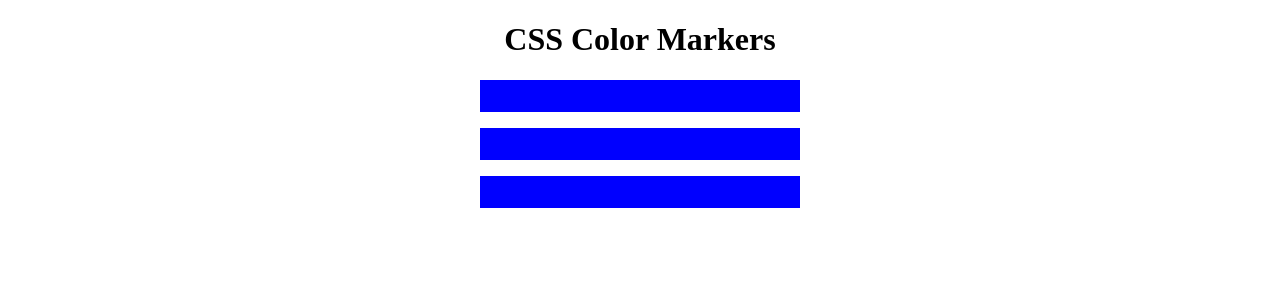
Repository: Lungdjos/color_markers
Page: index.html
An editor plug-in stored every save of this project. The page is shown before and after the next save, followed by the edit.
The browser window is 1280 px wide. The pictures show the whole page.

Above is the page before, as saved 2023-09-13 11:02:12.

### index.html
<!DOCTYPE html>
<html lang="en">

<head>
    <meta charset="UTF-8">
    <meta name="viewport" content="width=device-width, initial-scale=1.0">
    <title>Colored Markers</title>
    <link rel="stylesheet" href="styles.css">
</head>

<body>
    <h1>CSS Color Markers</h1>
    <div class="container">
        <div class="marker one"></div>
        <div class="marker two"></div>
        <div class="marker three"></div>
        <div class="marker four"></div>
    </div>
</body>

</html>

### styles.css
/* STYLING */

h1 {
    text-align: center;
}

.marker {
    /* background-color: red; */
    width: 320px;
    height: 32px;
    margin: 16px auto;
}

.one {
    background-color: blue;
}

.two {
    background-color: blue;
}

.three {
    background-color: blue;
}

.one {
    background-color: blue;
}

After the next save:
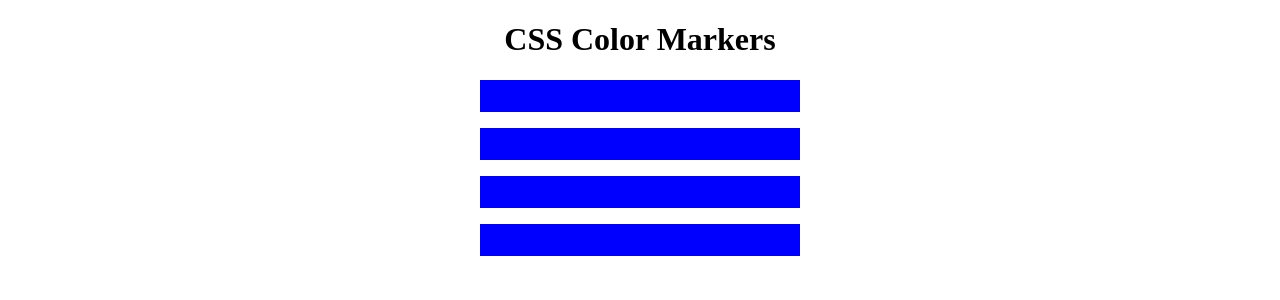
Saved 4 s later.
--- a/styles.css
+++ b/styles.css
@@ -23,6 +23,6 @@
     background-color: blue;
 }
 
-.one {
+.four {
     background-color: blue;
 }
